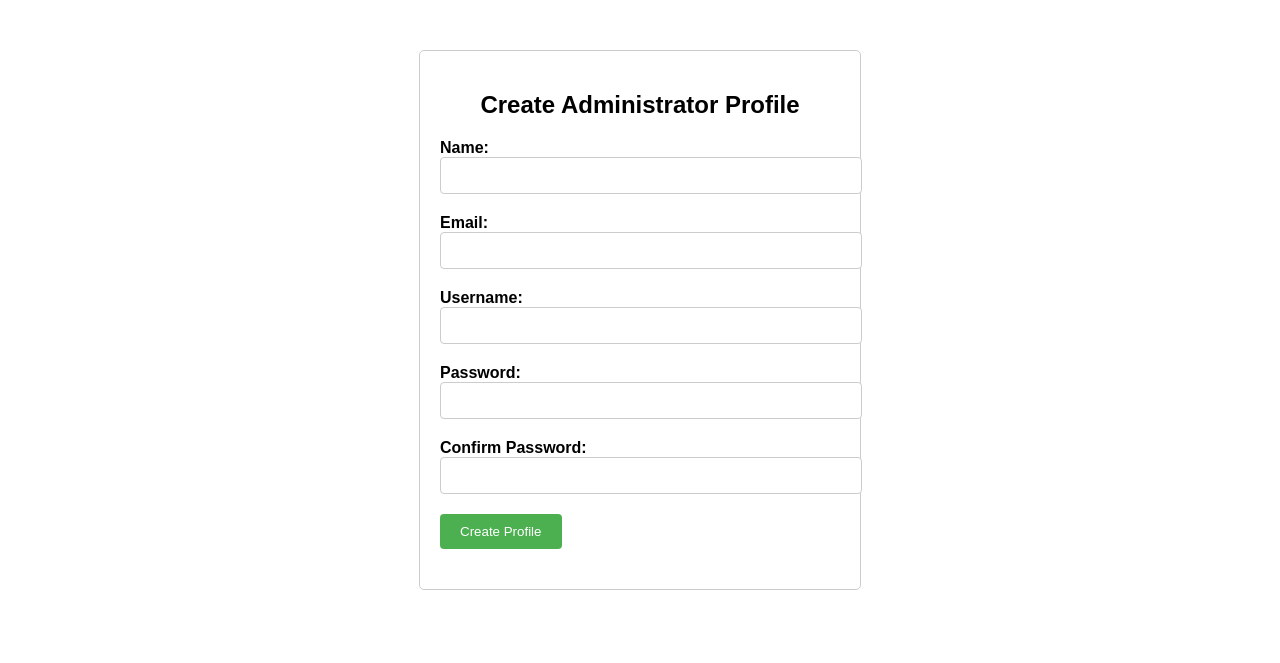
Repository: omi4535/Decentralized_Blood_Bank_System
Page: http://localhost/blood_bank_system/create_administator.jsp
These files come from the project's save history. The page is drawn as it stood at one moment and after the next save; the edit follows.
The browser window is 1280 px wide. The pictures show the whole page.
The page is served by Tomcat 9. Other server files are loaded and not shown.

Above is the page before, as saved 2023-07-04 16:16:24.

### blood bank system/src/main/webapp/create_administator.jsp
<%@ page language="java" contentType="text/html; charset=UTF-8"
    pageEncoding="UTF-8"%>
<!DOCTYPE html>
<html>
<head>
    <title>Create Administrator Profile</title>
    <style>
        body {
            font-family: Arial, sans-serif;
        }

        .container {
            max-width: 400px;
            margin: 50px auto;
            padding: 20px;
            border: 1px solid #ccc;
            border-radius: 5px;
        }

        h2 {
            text-align: center;
        }

        .form-group {
            margin-bottom: 20px;
        }

        .form-group label {
            display: block;
            font-weight: bold;
        }

        .form-group input {
            width: 100%;
            padding: 10px;
            border: 1px solid #ccc;
            border-radius: 4px;
        }

        .form-group button {
            padding: 10px 20px;
            background-color: #4CAF50;
            color: #fff;
            border: none;
            border-radius: 4px;
            cursor: pointer;
        }

        .form-group button:hover {
            background-color: #45a049;
        }

        .confirmation-message {
            margin-top: 20px;
            text-align: center;
        }
    </style>
</head>
<body>
    <div class="container">
        <h2>Create Administrator Profile</h2>
        <form action="create_administrator_profile" method="post">
            <div class="form-group">
                <label for="name">Name:</label>
                <input type="text" id="name" name="name" required>
            </div>
            <div class="form-group">
                <label for="email">Email:</label>
                <input type="email" id="email" name="email" required>
            </div>
            <div class="form-group">
                <label for="username">Username:</label>
                <input type="text" id="username" name="username" required>
            </div>
            <div class="form-group">
                <label for="password">Password:</label>
                <input type="password" id="password" name="password" required>
            </div>
            <div class="form-group">
                <label for="confirm_password">Confirm Password:</label>
                <input type="password" id="confirm_password" name="confirm_password" required>
            </div>
            <div class="form-group">
                <button type="submit">Create Profile</button>
            </div>
        </form>
        <div class="confirmation-message">
            <p>
                <!-- The confirmation message will be displayed here -->
            </p>
        </div>
    </div>

    <script>
        // Validate the password and confirm password fields
        function validatePassword() {
            var password = document.getElementById("password").value;
            var confirm_password = document.getElementById("confirm_password").value;

            if (password != confirm_password) {
                document.querySelector(".confirmation-message p").textContent = "Passwords do not match.";
                return false;
            } else {
                document.querySelector(".confirmation-message p").textContent = "";
                return true;
            }
        }

        // Attach the form submit event listener
        document.querySelector("form").addEventListener("submit", function(event) {
            if (!validatePassword()) {
                event.preventDefault(); // Prevent form submission if passwords do not match
            }
        });
    </script>
</body>
</html>

After the next save:
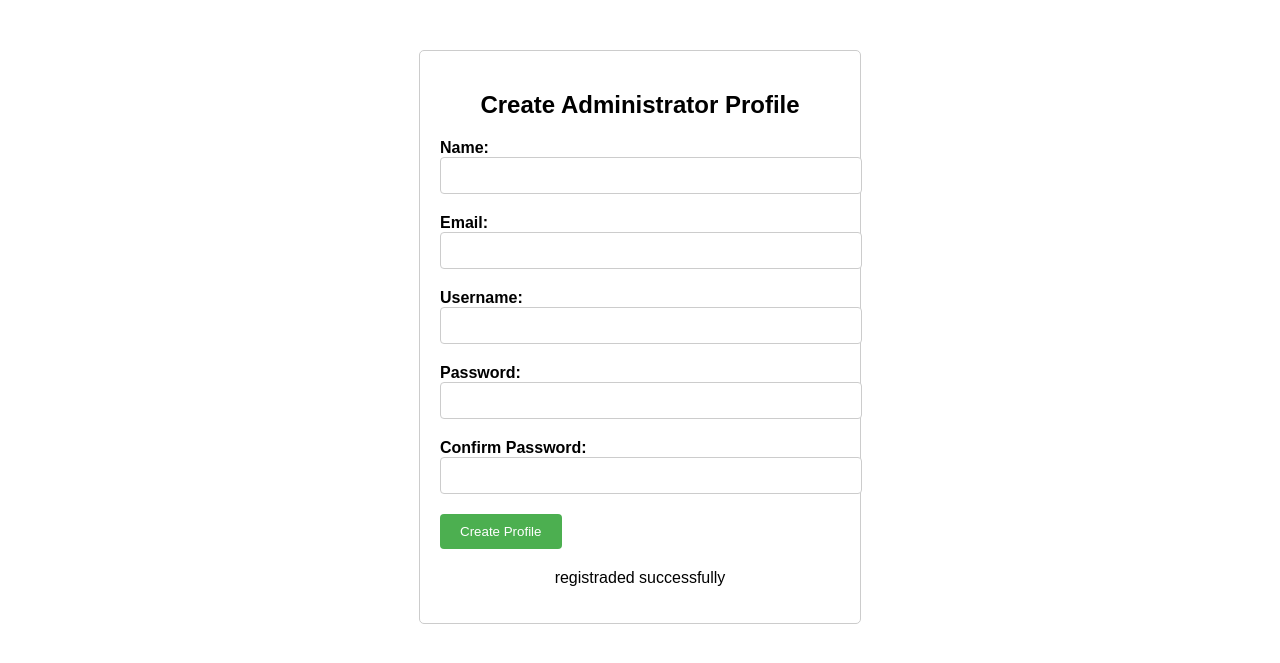
Saved 21 s later.
--- a/blood bank system/src/main/webapp/create_administator.jsp
+++ b/blood bank system/src/main/webapp/create_administator.jsp
@@ -86,6 +86,7 @@
         </form>
         <div class="confirmation-message">
             <p>
+            registraded successfully
                 <!-- The confirmation message will be displayed here -->
             </p>
         </div>
